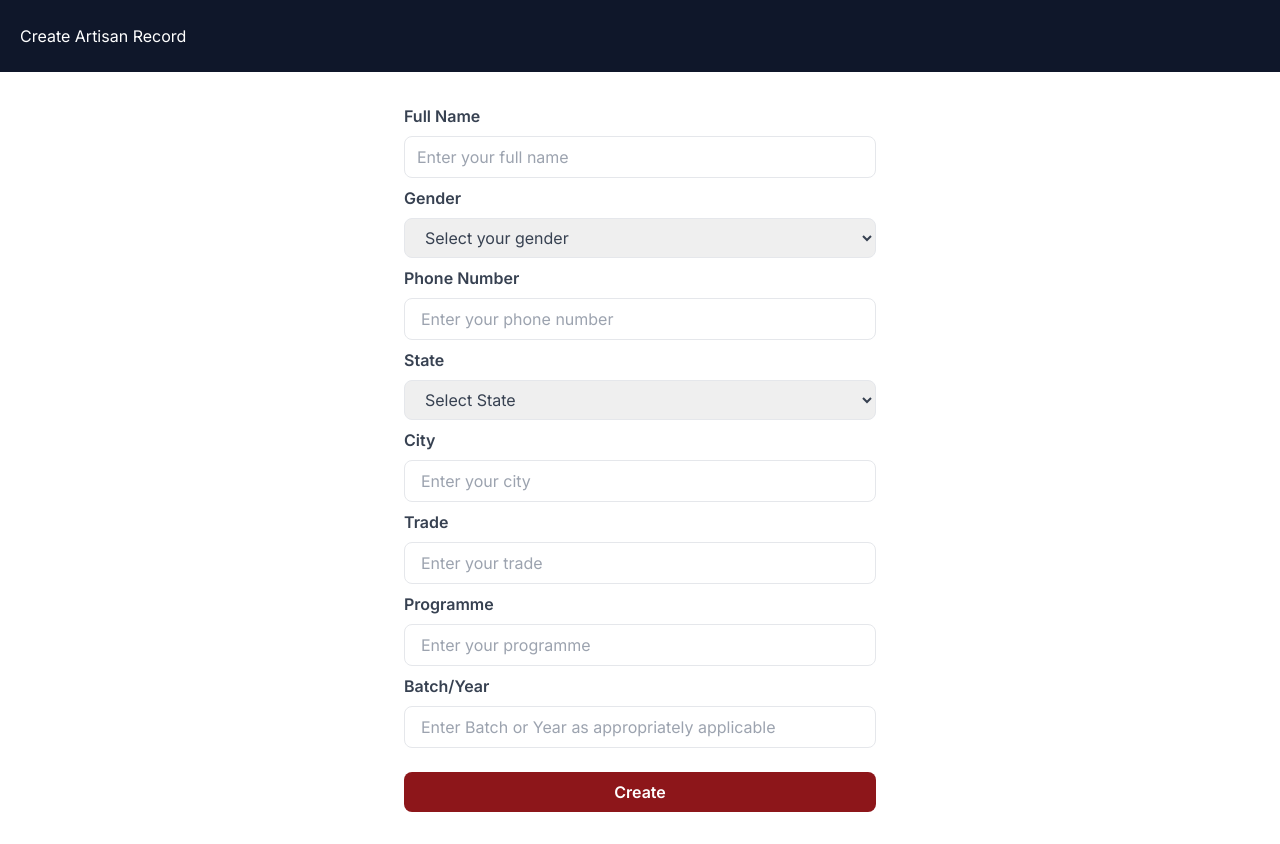
Repository: marcusdashe/artisanindex_frontend
Page: /components/CreateArtisan
The author's editor kept a copy of each file at every save. The page is drawn from the files as they stood at one save, then again after the next save.
The browser window is 1280 px wide. The pictures show the whole page.
The project was rebuilt for these pictures with package versions that can differ from the ones it lists, and the page was loaded fresh each time. The framework's server and built-in components were replaced by stand-ins that run in the browser. Also part of the build but not shown: next.config.js.

Above is the page before, as saved 2023-03-13 14:09:25.

### pages/_app.js
import "@/styles/globals.css";
import "core-js/stable";
import "regenerator-runtime/runtime";

export default function App({ Component, pageProps }) {
  return <Component {...pageProps} />;
}

### pages/_document.js
import { Html, Head, Main, NextScript } from "next/document";

export default function Document() {
  return (
    <Html lang="en">
      <Head>
        <link rel="preconnect" href="https://fonts.googleapis.com" />
        <link
          rel="preconnect"
          href="https://fonts.gstatic.com"
          crossOrigin="true"
        />
        <link
          href="https://fonts.googleapis.com/css2?family=Inter:wght@100;200;300;400;500;600&display=swap"
          rel="stylesheet"
        />
      </Head>
      <body>
        <Main />
        <NextScript />
      </body>
    </Html>
  );
}

### pages/components/CreateArtisan.js
import React, { useState } from "react";
import axios from "axios";

function ViewArtisanDataScreen() {
  const [feedback, setFeedack] = useState("");
  const [formData, setFormData] = useState({
    city: "",
    fullName: "",
    gender: "",
    phoneNumber: "",
    state: "",
    trade: "",
    programme: "",
    batchYear: "",
  });

  const handleInputChange = (event) => {
    const { name, value } = event.target;
    setFormData({ ...formData, [name]: value });
  };

  const handleSubmit = (event) => {
    event.preventDefault();
    axios
      .post(
        `${process.env.NEXT_PUBLIC_BACKEND_BASE_URL}api/artisan/create`,
        formData
      )
      .then((response) => {
        console.log(response.data);
        setFeedack(response.data.message);
      })
      .catch((error) => {
        console.log(error);
      });
  };

  return (
    <div className="w-full h-[100vh]">
      <div className="w-full h-[10vh] bg-slate-900 flex items-center content-center justify-start text-white p-5">
        Create Artisan Record
      </div>
      <div className="flex-1 bg-white flex items-center justify-center">
        <div className="max-w-lg w-full px-5 py-8">
          <form onSubmit={handleSubmit} className="grid grid-cols-1 gap-2">
            <label htmlFor="fullName" className="text-gray-700 font-bold">
              Full Name
            </label>
            <input
              type="text"
              id="fullName"
              name="fullName"
              value={formData.fullName}
              onChange={handleInputChange}
              placeholder="Enter your full name"
              className="px-3 py-2 border rounded-lg text-gray-700 focus:outline-none focus:border-[#4a3e3e] focus:shadow-outline-blue"
              required
            />

            <label htmlFor="gender" className="text-gray-700 font-bold">
              Gender
            </label>
            <select
              id="gender"
              name="gender"
              value={formData.gender}
              onChange={handleInputChange}
              className="px-4 py-2 border rounded-lg text-gray-700 focus:outline-none focus:border-[#4a3e3e] focus:shadow-outline-blue"
              required
            >
              <option value="">Select your gender</option>
              <option value="Male">Male</option>
              <option value="Female">Female</option>
            </select>

            <label htmlFor="phoneNumber" className="text-gray-700 font-bold">
              Phone Number
            </label>
            <input
              type="tel"
              id="phoneNumber"
              name="phoneNumber"
              value={formData.phoneNumber}
              onChange={handleInputChange}
              placeholder="Enter your phone number"
              className="px-4 py-2 border rounded-lg text-gray-700 focus:outline-none focus:border-[#4a3e3e] focus:shadow-outline-blue"
              required
            />

            <label htmlFor="gender" className="text-gray-700 font-bold">
              State
            </label>
            <select
              id="state"
              name="state"
              value={formData.state}
              onChange={handleInputChange}
              className="px-4 py-2 border rounded-lg text-gray-700 focus:outline-none focus:border-[#4a3e3e] focus:shadow-outline-blue"
              required
            >
              <option value="">Select State</option>
              <option value="Abia">Abia</option>
              <option value="Adamawa">Adamawa</option>
              <option value="Akwa Ibom">Akwa Ibom</option>
              <option value="Anambra">Anambra</option>
              <option value="Bauchi">Bauchi</option>
              <option value="Bayelsa">Bayelsa</option>
              <option value="Benue">Benue</option>
              <option value="Borno">Borno</option>
              <option value="Cross River">Cross River</option>
              <option value="Delta">Delta</option>
              <option value="Ebonyi">Ebonyi</option>
              <option value="Edo">Edo</option>
              <option value="Ekiti">Ekiti</option>
              <option value="Enugu">Enugu</option>
              <option value="FCT">Federal Capital Territory</option>
              <option value="Gombe">Gombe</option>
              <option value="Imo">Imo</option>
              <option value="Jigawa">Jigawa</option>
              <option value="Kaduna">Kaduna</option>
              <option value="Kano">Kano</option>
              <option value="Katsina">Katsina</option>
              <option value="Kebbi">Kebbi</option>
              <option value="Kogi">Kogi</option>
              <option value="Kwara">Kwara</option>
              <option value="Lagos">Lagos</option>
              <option value="Nasarawa">Nasarawa</option>
              <option value="Niger">Niger</option>
              <option value="Ogun">Ogun</option>
              <option value="Ondo">Ondo</option>
              <option value="Osun">Osun</option>
              <option value="Oyo">Oyo</option>
              <option value="Plateau">Plateau</option>
              <option value="Rivers">Rivers</option>
              <option value="Sokoto">Sokoto</option>
              <option value="Taraba">Taraba</option>
              <option value="Yobe">Yobe</option>
              <option value="Zamfara">Zamfara</option>
            </select>

            <label htmlFor="city" className="text-gray-700 font-bold">
              City
            </label>
            <input
              type="text"
              id="city"
              name="city"
              value={formData.city}
              onChange={handleInputChange}
              placeholder="Enter your city"
              className="px-4 py-2 border rounded-lg text-gray-700 focus:outline-none focus:border-[#4a3e3e] focus:shadow-outline-blue"
              required
            />

            <label htmlFor="trade" className="text-gray-700 font-bold">
              Trade
            </label>
            <input
              type="text"
              id="trade"
              name="trade"
              value={formData.trade}
              onChange={handleInputChange}
              placeholder="Enter your trade"
              className="px-4 py-2 border rounded-lg text-gray-700 focus:outline-none focus:border-[#4a3e3e] focus:shadow-outline-blue"
              required
            />
            <label htmlFor="programme" className="text-gray-700 font-bold">
              Programme
            </label>
            <input
              type="text"
              id="programme"
              name="programme"
              value={formData.programme}
              onChange={handleInputChange}
              placeholder="Enter your programme"
              className="px-4 py-2 border rounded-lg text-gray-700 focus:outline-none focus:border-[#4a3e3e] focus:shadow-outline-blue"
              required
            />

            <label htmlFor="programme" className="text-gray-700 font-bold">
              Batch/Year
            </label>
            <input
              type="text"
              id="batchYear"
              name="batchYear"
              value={formData.batchYear}
              onChange={handleInputChange}
              placeholder="Enter Batch or Year as appropriately applicable"
              className="px-4 py-2 border rounded-lg text-gray-700 focus:outline-none focus:border-[#4a3e3e] focus:shadow-outline-blue"
              required
            />

            <button
              type="submit"
              className="h-[40px] mt-4 bg-[#8D161A] text-white font-semibold rounded-lg hover:bg-[#4a3e3e] duration-500"
            >
              Create
            </button>
          </form>
        </div>
      </div>
      <p>{feedback}</p>
    </div>
  );
}

export default ViewArtisanDataScreen;

### styles/globals.css
@tailwind base;
@tailwind components;
@tailwind utilities;

@layer base {
  html {
    font-family: "Inter", sans-serif;
  }
}

### tailwind.config.js
/** @type {import('tailwindcss').Config} */

module.exports = {
  content: [
    "./pages/**/*.{js,ts,jsx,tsx}",
    "./components/**/*.{js,ts,jsx,tsx}",
  ],
  theme: {
    extend: {},
  },
  plugins: [],
};

After the next save:
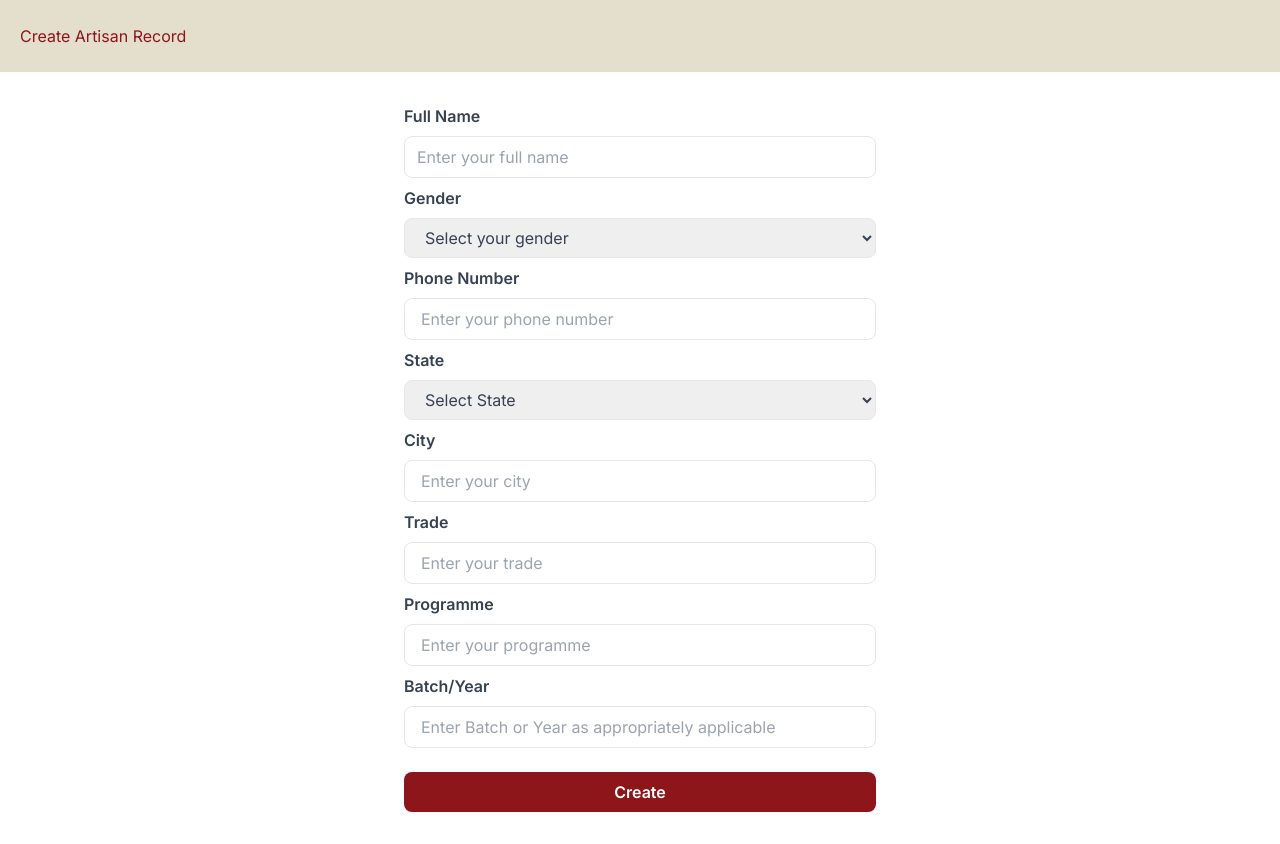
Saved 2 min 15 s later.
--- a/pages/components/CreateArtisan.js
+++ b/pages/components/CreateArtisan.js
@@ -37,7 +37,7 @@ function ViewArtisanDataScreen() {
 
   return (
     <div className="w-full h-[100vh]">
-      <div className="w-full h-[10vh] bg-slate-900 flex items-center content-center justify-start text-white p-5">
+      <div className="w-full h-[10vh] bg-[#e4decd]  flex items-center content-center justify-start text-[#8D161A] p-5">
         Create Artisan Record
       </div>
       <div className="flex-1 bg-white flex items-center justify-center">
